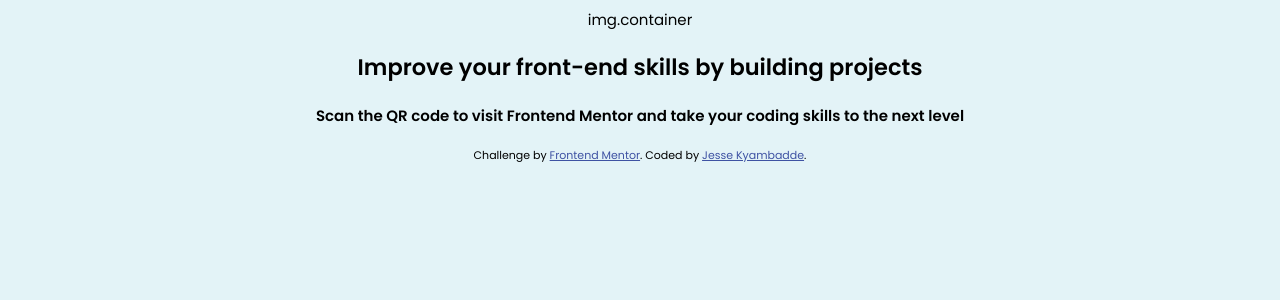
Repository: jesar-enl/qr-code-component-main-sample
Page: index.html
These files come from the project's save history. The page is drawn as it stood at one moment and after a run of saves; the edit follows.
The browser window is 1280 px wide. The pictures show the whole page.

Above is the page before, as saved 2022-03-04 08:59:03.

After the next 2 saves:
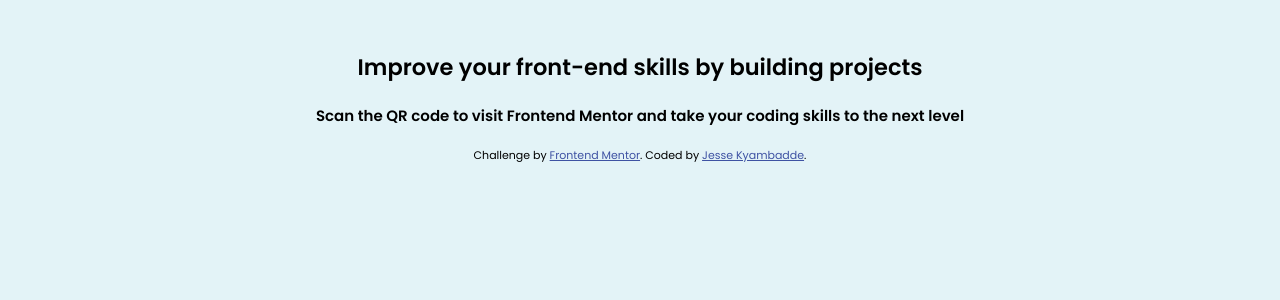
The 2 saves are shown as one change because they came seconds apart.
The last was saved 6 s later.
--- a/index.html
+++ b/index.html
@@ -18,7 +18,7 @@
 </head>
 <body>
   <div class="container">
-    img.container
+    <img src="" alt="" class="container__image">
     <div class="container__text">
       <h2 class="container__text-heading">Improve your front-end skills by building projects</h2>
       <h4 class="container__text-para">Scan the QR code to visit Frontend Mentor and take your coding skills to the next level</h4>
